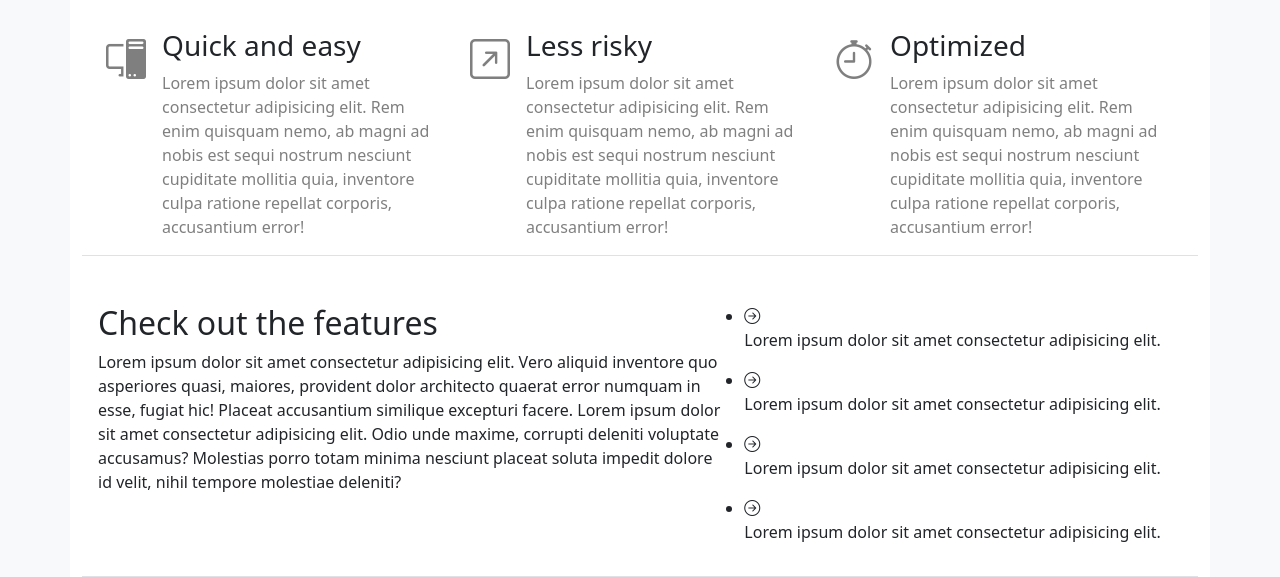
Repository: lyvandat/dh---bootstrap1
Page: index.html
The author's editor kept a copy of each file at every save. The page is drawn from the files as they stood at one save, then again after the next save.
The browser window is 1280 px wide. The pictures show the part of the page from y = 545 to 1122 px (the page is 1122 px tall).
A picture or video elsewhere on the page could not be fetched, so the positions and the page height are approximate. Some web libraries are served in a nearby version.

Above is the page before, as saved 2022-11-01 20:57:45.

After the next save:
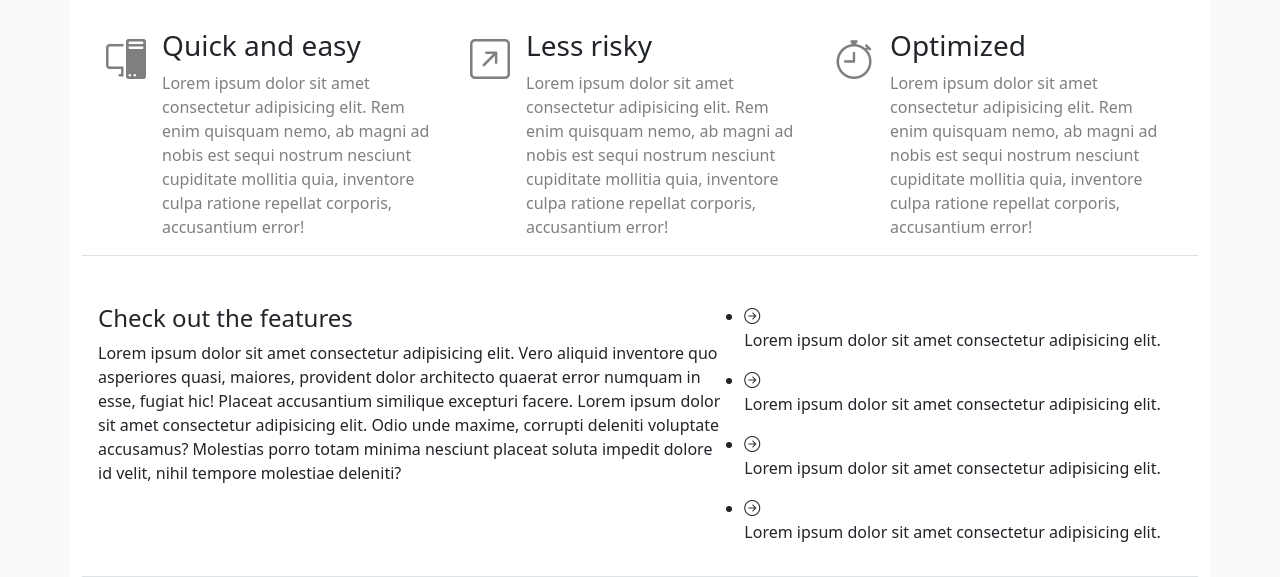
Saved 6 s later.
--- a/index.html
+++ b/index.html
@@ -104,7 +104,7 @@
     </div>
     <div class="border-bottom border-gray mt-5">
       <section class="row px-3 ">
-        <div class="col-7"><h2>Check out the features</h2>Lorem ipsum dolor sit amet consectetur adipisicing elit. Vero aliquid inventore quo asperiores quasi, maiores, provident dolor architecto quaerat error numquam in esse, fugiat hic! Placeat accusantium similique excepturi facere. Lorem ipsum dolor sit amet consectetur adipisicing elit. Odio unde maxime, corrupti deleniti voluptate accusamus? Molestias porro totam minima nesciunt placeat soluta impedit dolore id velit, nihil tempore molestiae deleniti?</div>
+        <div class="col-7"><h4>Check out the features</h4>Lorem ipsum dolor sit amet consectetur adipisicing elit. Vero aliquid inventore quo asperiores quasi, maiores, provident dolor architecto quaerat error numquam in esse, fugiat hic! Placeat accusantium similique excepturi facere. Lorem ipsum dolor sit amet consectetur adipisicing elit. Odio unde maxime, corrupti deleniti voluptate accusamus? Molestias porro totam minima nesciunt placeat soluta impedit dolore id velit, nihil tempore molestiae deleniti?</div>
         <ul class="col-5">
           <li>
             <i class="bi bi-arrow-right-circle"></i>
